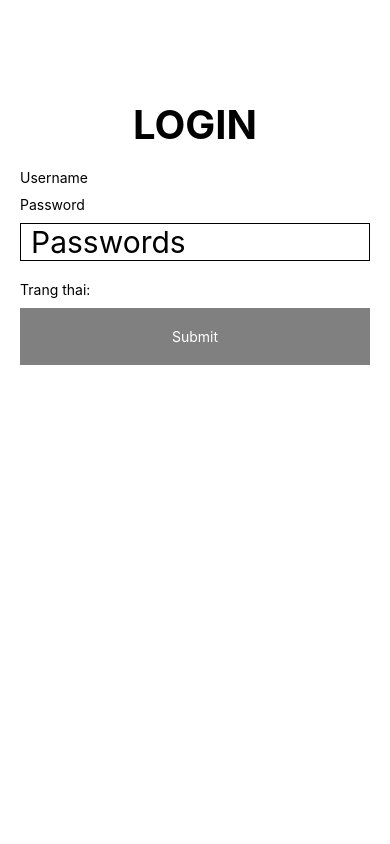
Repository: vietnguyenhoangw/ReactNative-FirstApplication
Screen: /
An editor plug-in stored every save of this project. The screen is shown before and after the next save, followed by the edit.
The app was drawn by React Native's web renderer in a window 390 px wide. The project was rebuilt for these pictures with package versions that can differ from the ones it lists, and the page was loaded fresh each time.

Above is the screen before, as saved 2019-12-06 17:42:20.

After the next save:
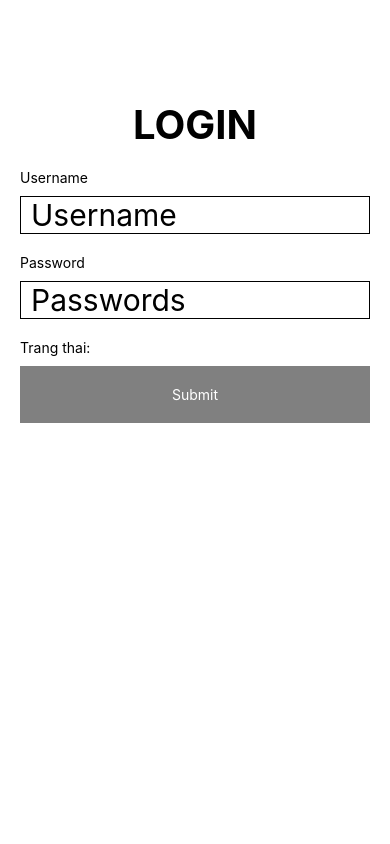
Saved 32 h 38 min later.
--- a/App.js
+++ b/App.js
@@ -57,7 +57,10 @@ class HelloWorld extends Component {
 
           <Text style={styles.textUser}>Username</Text>
 
-
+          <TextInput
+            style={styles.textInput}
+            placeholder = "Username"
+            onChangeText={(text) => this.setState({username:text})}/>
 
           <Text style={styles.textUser}>Password</Text>
 
